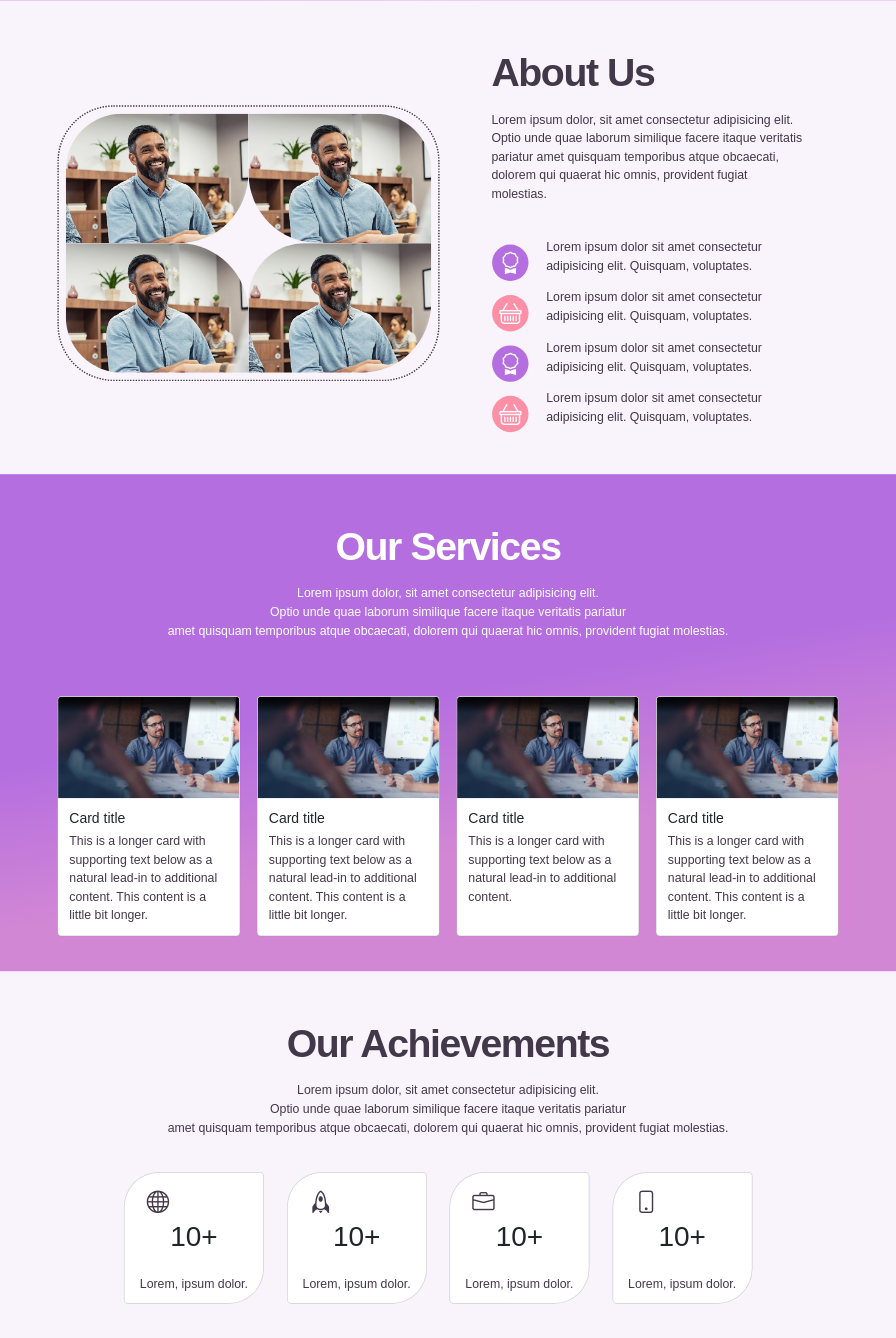
Repository: tagnam/project27012025
Page: index.html
The author's editor kept a copy of each file at every save. The page is drawn from the files as they stood at one save, then again after the next save.
The browser window is 1280 px wide. The pictures show the part of the page from y = 739 to 2659 px (the page is 2651 px tall before and 2659 px after), at 70% of full size.

Above is the page before, as saved 2025-01-28 12:22:57.

After the next save:
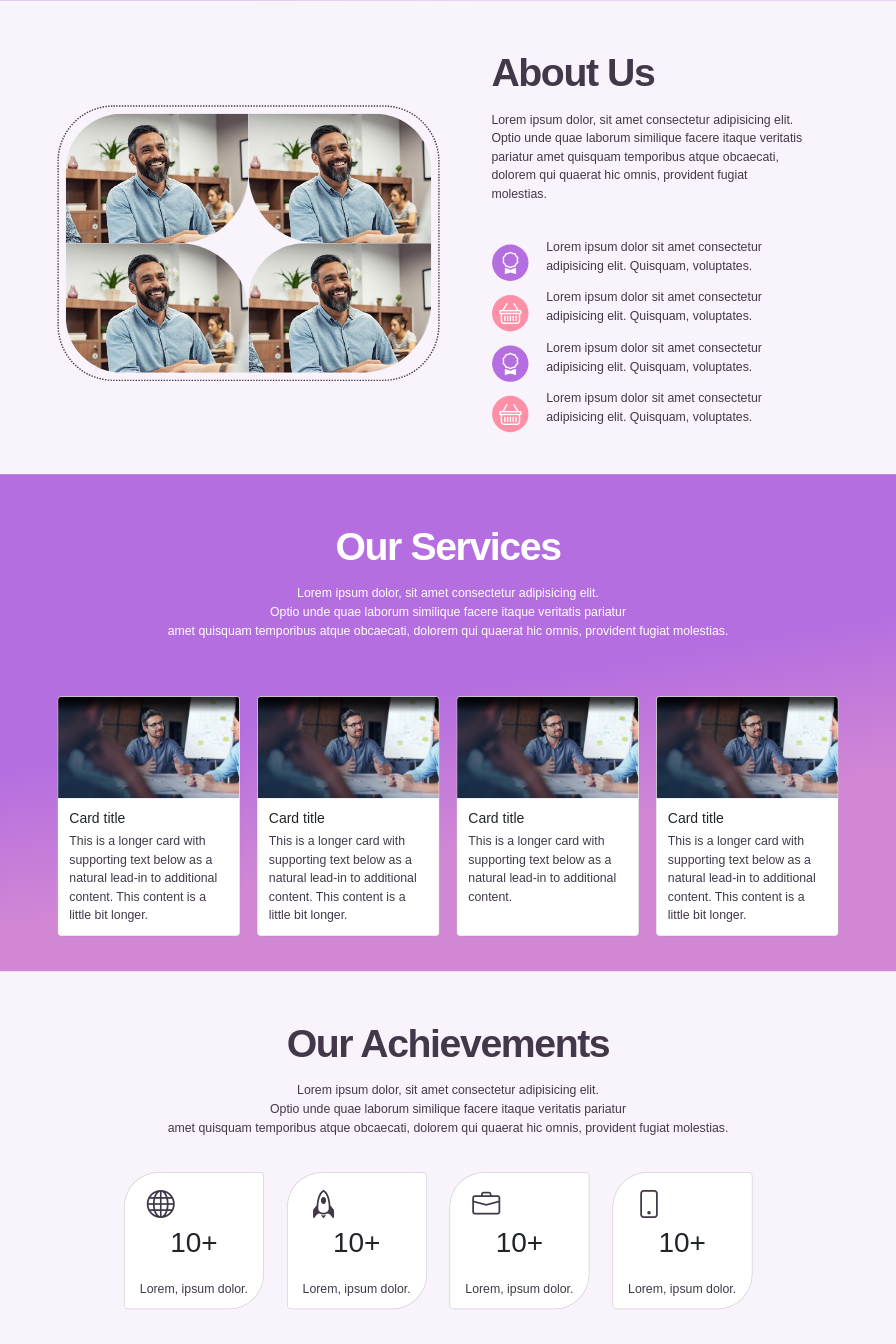
Saved 52 s later.
--- a/style/css/index.css
+++ b/style/css/index.css
@@ -216,7 +216,7 @@ width: 100%;
 }
 
 .counter .bi{
-    font-size: 2rem;
+    font-size: 2.5rem;
     color: var(--dark-color);
     display: flex;
     margin: 10px;
